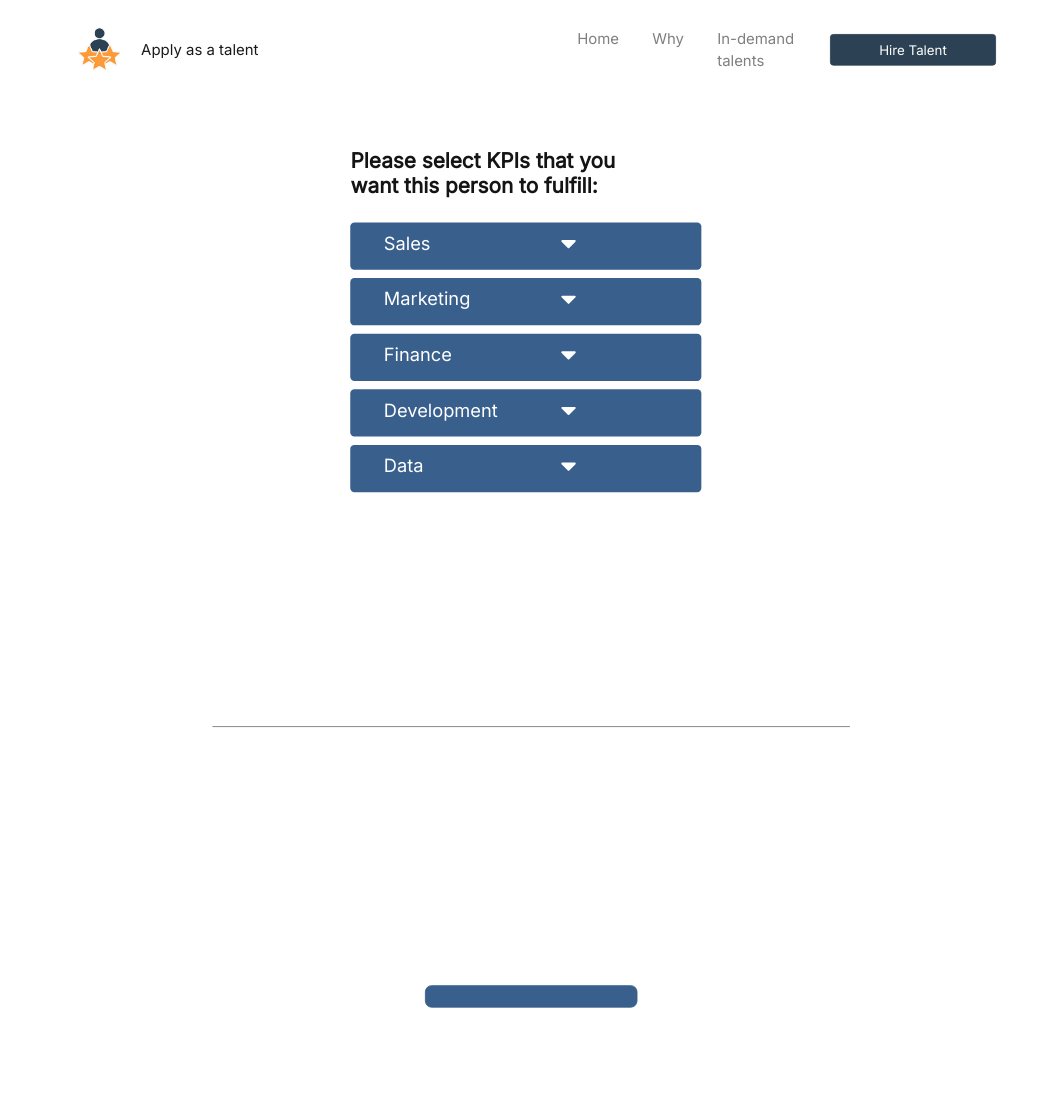
Repository: Ashwe9/talent-hire-reactJs
Page: /kpis
These files come from the project's save history. The page is drawn as it stood at one moment and after the next save; the edit follows.
The browser window is 1280 px wide. The pictures show the whole page, at 83% of full size.
The project was rebuilt for these pictures with package versions that can differ from the ones it lists, and the page was loaded fresh each time. A package was used in the major version that the imports need, not the one package.json lists. Also part of the build but not shown: src/homePage/components/TrustedBy/TrustedBy.css, src/homePage/components/TrustedBy/TrustedBy.js, src/homePage/components/Roles/Roles.css, src/homePage/components/Roles/Roles.js, src/homePage/components/homePageFooter/HomePageFooter.js, src/homePage/HomePage.js, src/kpisPage/Talents.css, src/kpisPage/Talents.js and 1 more.

Above is the page before, as saved 2022-08-18 17:57:32.

After the next save:
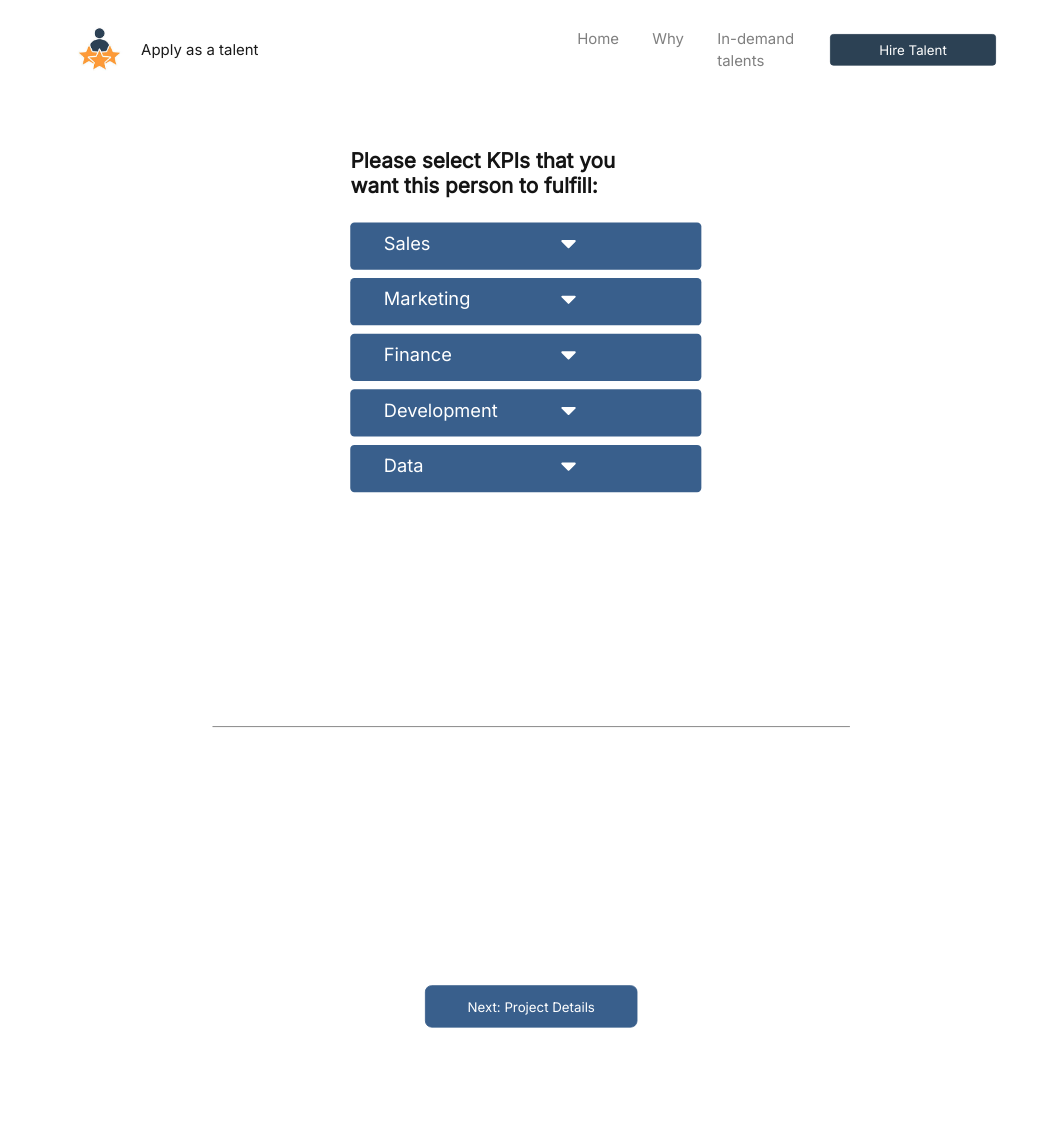
Saved 62 s later.
--- a/src/kpisPage/KPISPage.js
+++ b/src/kpisPage/KPISPage.js
@@ -15,7 +15,7 @@ const KPISPage = () => {
       <DropDown title="Finance"/>
       <DropDown title="Development"/>
       <DropDown title="Data"/>
-      <Footer title="Next: Project Details" />
+      <Footer nextTitle="Next: Project Details" nextPath="/projectdetails" previousPath="/kpis" />
     </div>
   )
 }
